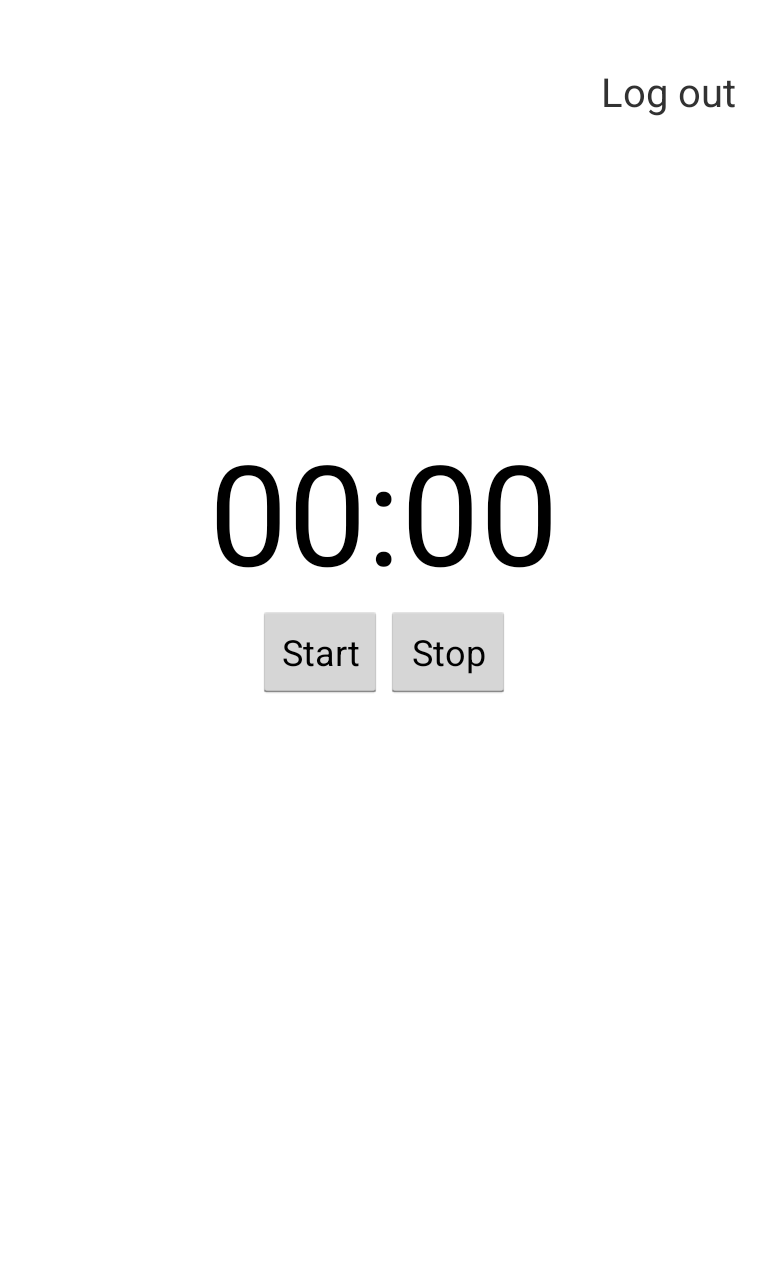
Repository: albertowusuasare/CustomStopWatch
Layout: CustomStopWatch/res/layout/activity_timer.xml
An editor plug-in stored every save of this project. The layout is shown before and after the next save, followed by the edit.
It is drawn on a 768 x 1280 px phone screen (xhdpi) without system bars, with theme AppTheme; the app's code is not run.

Above is the layout before, as saved 2014-09-25 04:57:51.

After the next save:
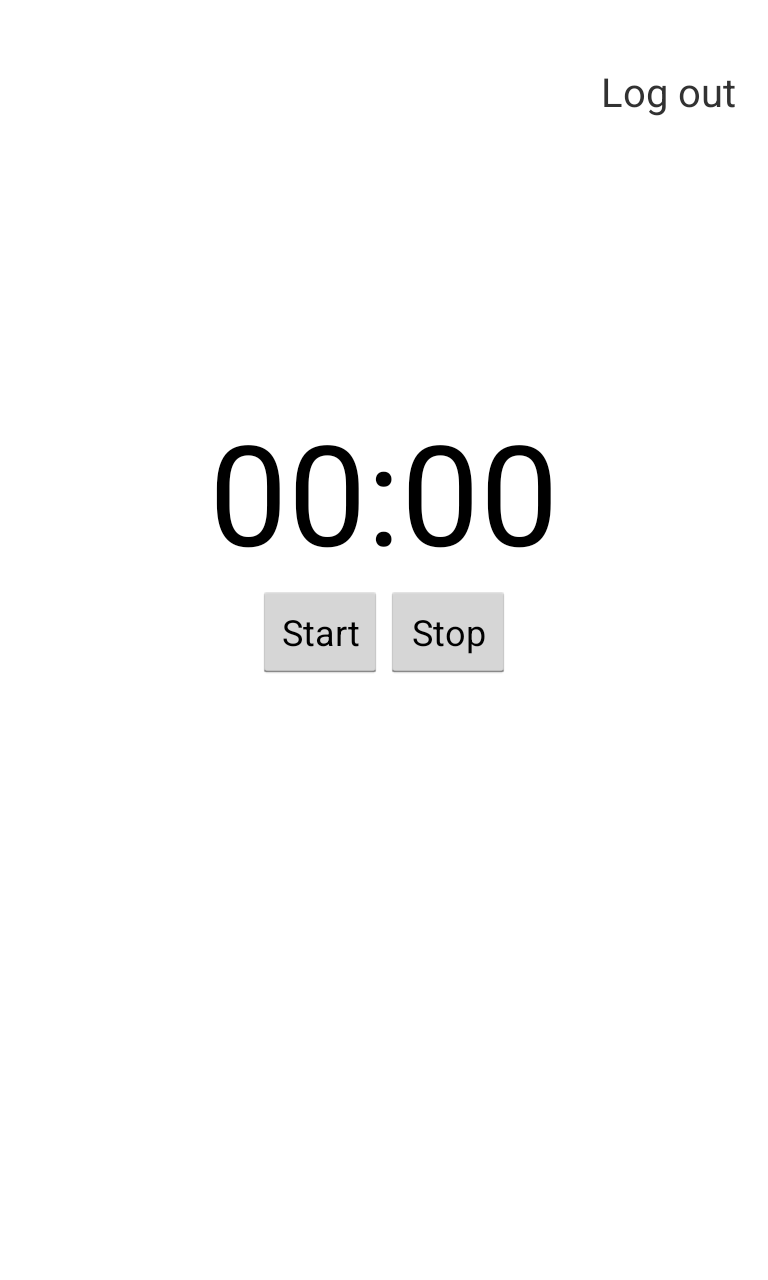
Saved 9 s later.
--- a/CustomStopWatch/res/layout/activity_timer.xml
+++ b/CustomStopWatch/res/layout/activity_timer.xml
@@ -29,7 +29,7 @@
         android:layout_width="wrap_content"
         android:layout_height="wrap_content"
         android:layout_gravity="center"
-        android:layout_marginTop="150dp"
+        android:layout_marginTop="140dp"
         android:format="%s"
         android:text="Chronometer"
         android:textSize="70sp" />
